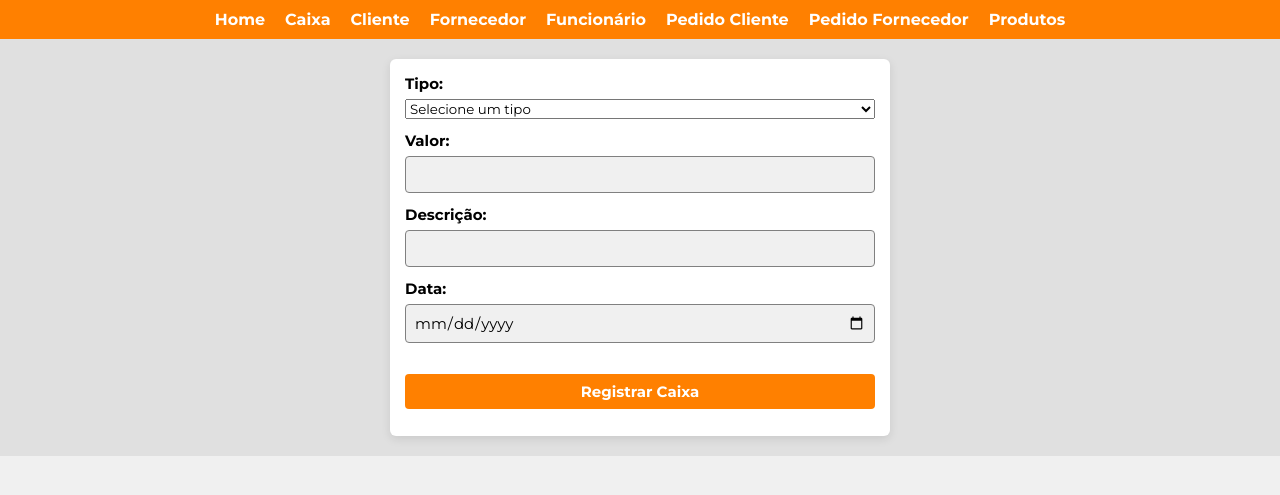
Repository: walterdmp/JavaWeb_BartoBotinas
Page: http://localhost/BartoBotinas/cadastrarCaixa.jsp
These files come from the project's save history. The page is drawn as it stood at one moment and after the next save; the edit follows.
The browser window is 1280 px wide. The pictures show the whole page.
The page is served by Tomcat 9.

Above is the page before, as saved 2024-08-03 13:29:06.

After the next save:
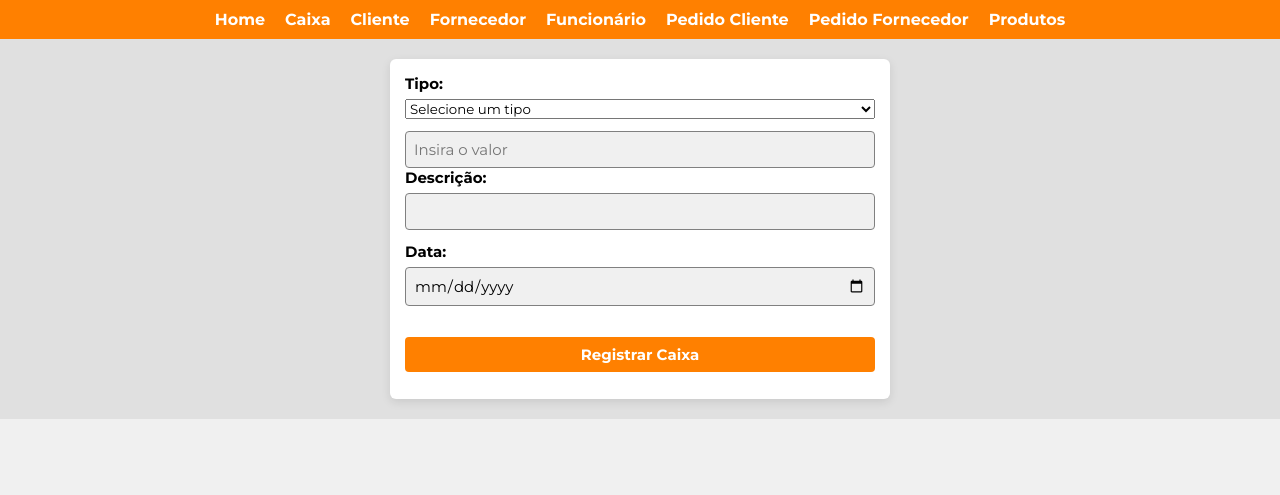
Saved 103 s later.
--- a/BartoBotinas/WebContent/cadastrarCaixa.jsp
+++ b/BartoBotinas/WebContent/cadastrarCaixa.jsp
@@ -31,17 +31,16 @@
 					<option value="Saida">Saída</option>
 				</select>
 			</div>
-			<div>
-				<label for="valor"><strong>Valor:</strong></label> <input
-					type="number" step="0.01" id="valor" name="valor" required>
-			</div>
+			<input type="number" step="0.01" id="valor" name="valor" required
+				min="0" placeholder="Insira o valor">
+
 			<div>
 				<label for="descricao"><strong>Descrição:</strong></label> <input
 					type="text" id="descricao" name="descricao">
 			</div>
 			<div>
-				<label for="data"><strong>Data:</strong></label> <input
-					type="date" id="data" name="data" required>
+				<label for="data"><strong>Data:</strong></label> <input type="date"
+					id="data" name="data" required>
 			</div>
 			<br>
 			<div>

After the save that followed:
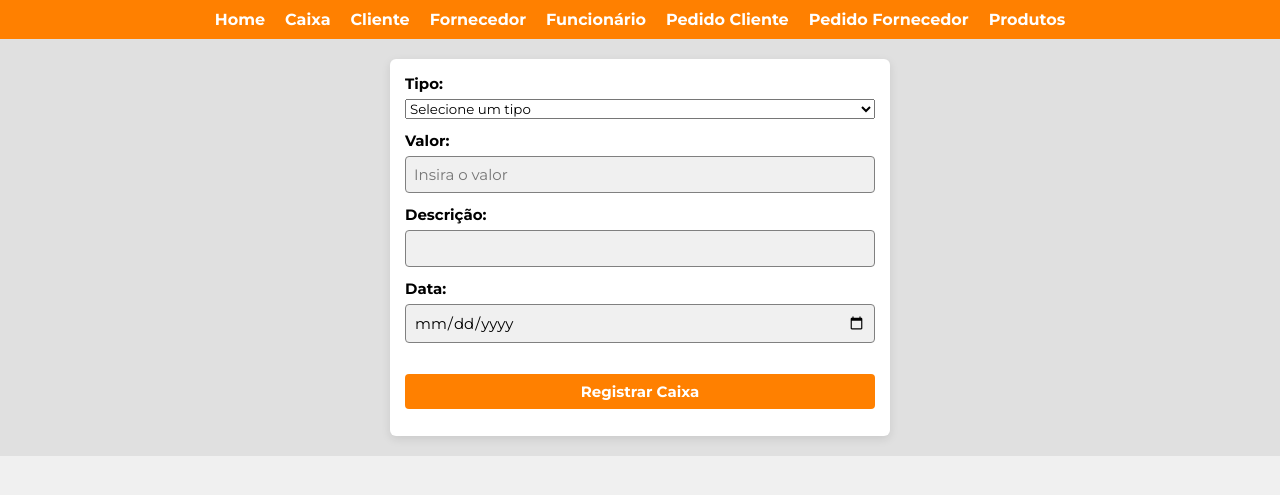
Saved 3 min 9 s later.
--- a/BartoBotinas/WebContent/cadastrarCaixa.jsp
+++ b/BartoBotinas/WebContent/cadastrarCaixa.jsp
@@ -31,9 +31,11 @@
 					<option value="Saida">Saída</option>
 				</select>
 			</div>
-			<input type="number" step="0.01" id="valor" name="valor" required
-				min="0" placeholder="Insira o valor">
-
+			<div>
+				<label for="valor"><strong>Valor:</strong></label> <input
+					type="number" step="0.01" id="valor" name="valor" required min="0"
+					placeholder="Insira o valor">
+			</div>
 			<div>
 				<label for="descricao"><strong>Descrição:</strong></label> <input
 					type="text" id="descricao" name="descricao">
